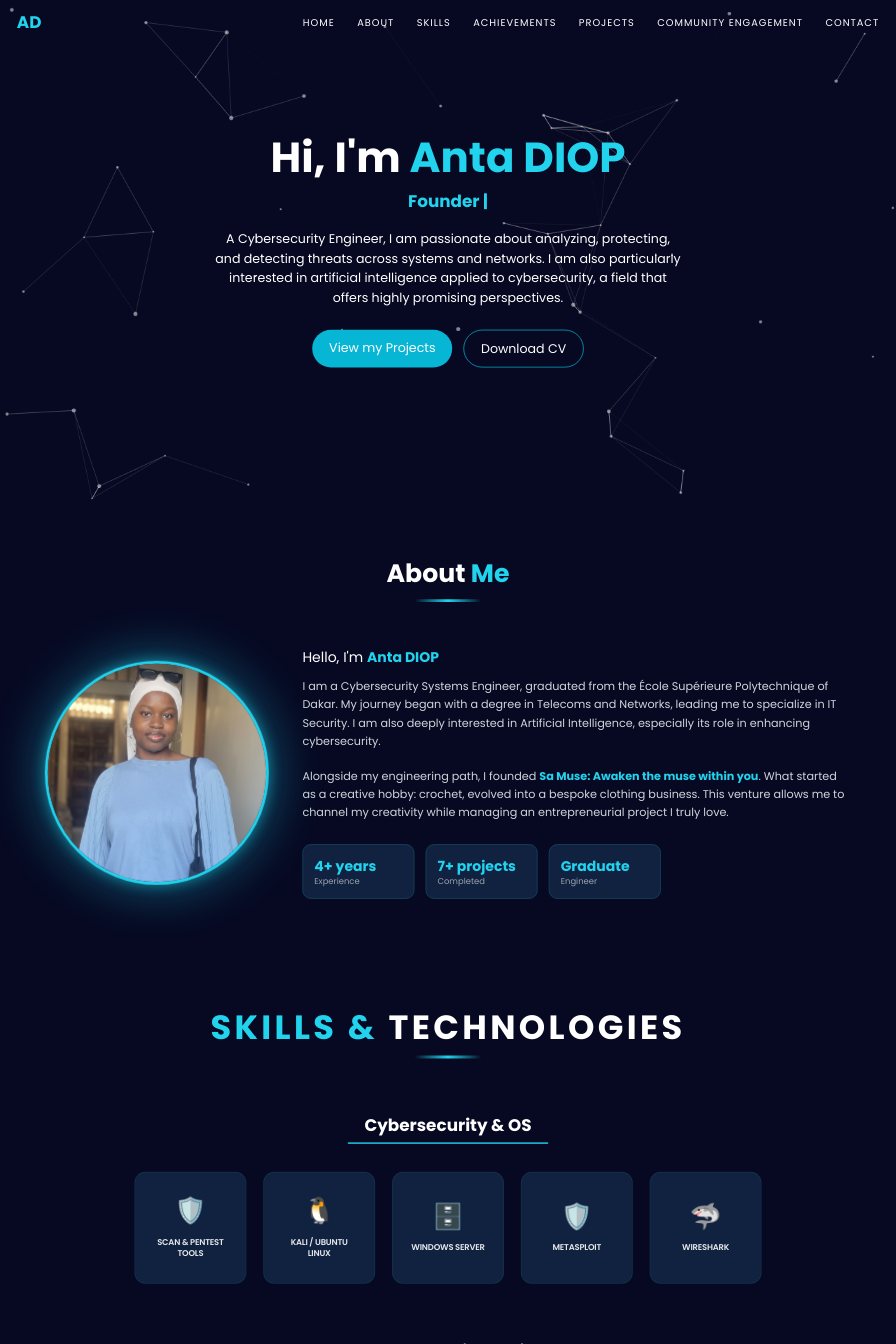
Repository: AntaaaKD/Mon-Portfolio
Page: /
The author's editor kept a copy of each file at every save. The page is drawn from the files as they stood at one save, then again after the next save.
The browser window is 1280 px wide. The pictures show the part of the page from y = 0 to 1920 px (the page is 8584 px tall), at 70% of full size.
The project was rebuilt for these pictures with package versions that can differ from the ones it lists, and the page was loaded fresh each time.

Above is the page before, as saved 2026-01-15 13:16:35.

### public/index.html
<!DOCTYPE html>
<html lang="en">
  <link href="https://fonts.googleapis.com/css2?family=Poppins:wght@400;600;700&display=swap" rel="stylesheet">
  <head>
    <meta charset="utf-8" />
    <link rel="icon" href="%PUBLIC_URL%/favicon.ico" />
    <meta name="viewport" content="width=device-width, initial-scale=1" />
    <meta name="theme-color" content="#000000" />
    <meta
      name="description"
      content="Web site created using create-react-app"
    />
    <link rel="apple-touch-icon" href="%PUBLIC_URL%/logo192.png" />
    <!--
      manifest.json provides metadata used when your web app is installed on a
      user's mobile device or desktop. See https://developers.google.com/web/fundamentals/web-app-manifest/
    -->
    <link rel="manifest" href="%PUBLIC_URL%/manifest.json" />
    <!--
      Notice the use of %PUBLIC_URL% in the tags above.
      It will be replaced with the URL of the `public` folder during the build.
      Only files inside the `public` folder can be referenced from the HTML.

      Unlike "/favicon.ico" or "favicon.ico", "%PUBLIC_URL%/favicon.ico" will
      work correctly both with client-side routing and a non-root public URL.
      Learn how to configure a non-root public URL by running `npm run build`.
    -->
    <title>React App</title>
  </head>
  <body>
    <noscript>You need to enable JavaScript to run this app.</noscript>
    <div id="root"></div>
    <!--
      This HTML file is a template.
      If you open it directly in the browser, you will see an empty page.

      You can add webfonts, meta tags, or analytics to this file.
      The build step will place the bundled scripts into the <body> tag.

      To begin the development, run `npm start` or `yarn start`.
      To create a production bundle, use `npm run build` or `yarn build`.
    -->
  </body>
</html>

### src/index.css
@tailwind base;
@tailwind components;
@tailwind utilities;

body {
  margin: 0;
  font-family: 'Poppins', sans-serif;
  -webkit-font-smoothing: antialiased;
  -moz-osx-font-smoothing: grayscale;
}

code {
  font-family: source-code-pro, Menlo, Monaco, Consolas, 'Courier New',
    monospace;
}

### src/App.js
import React from 'react';
import Navbar from './components/Navbar';
import Home from './components/Home';
import About from './components/About';
import Skills from './components/Skills';
import Achievements from './components/Achievements';
import Projects from './components/Projects';
import Community from './components/Community';
import Contact from './components/Contact';
import ParticlesBackground from './components/ParticlesBackground';

function App() {
  return (
    <div className="relative bg-[#070922] min-h-screen text-white overflow-x-hidden">
      {/* 1. Fond de particules */}
      <ParticlesBackground />

      {/* 2. Contenu principal avec un z-index pour être au-dessus des particules */}
      <div className="relative z-10">
        <Navbar />
        <main>
          <Home />
          <About />
          <Skills />
          <Achievements />
          <Projects />
          <Community />
          <Contact />
        </main>
      </div> {/* <-- Cette balise fermait mal avant */}
    </div>
  );
}

export default App;

### src/components/Navbar.jsx
import React, { useState, useEffect } from 'react';
import { Menu, X } from 'lucide-react';

const Navbar = () => {
  const [isScrolled, setIsScrolled] = useState(false);
  const [isOpen, setIsOpen] = useState(false);

  // Détecter le défilement pour changer l'apparence
  useEffect(() => {
    const handleScroll = () => {
      if (window.scrollY > 100) {
        setIsScrolled(true);
      } else {
        setIsScrolled(false);
      }
    };
    window.addEventListener('scroll', handleScroll);
    return () => window.removeEventListener('scroll', handleScroll);
  }, []);

  const navLinks = [
    { name: "Home", href: "#home" },
    { name: "About", href: "#about" },
    { name: "Skills", href: "#skills" },
    { name: "Achievements", href: "#achievements" },
    { name: "Projects", href: "#projects" },
    { name: "Community Engagement", href: "#community" },
    { name: "Contact", href: "#contact" },
  ];

  return (
    <>
      {/* 1. NAVBAR CLASSIQUE (Visible en haut de page) */}
      <nav className={`fixed top-0 w-full z-50 transition-all duration-500 px-6 py-4 ${
        isScrolled ? 'opacity-0 -translate-y-full pointer-events-none' : 'opacity-100 translate-y-0 bg-transparent'
      }`}>
        <div className="max-w-7xl mx-auto flex justify-between items-center">
          <div className="text-2xl font-black text-cyan-400">AD</div>
          <div className="hidden md:flex gap-8">
            {navLinks.map((link) => (
              <a key={link.name} href={link.href} className="text-sm font-medium hover:text-cyan-400 transition-colors uppercase tracking-widest">
                {link.name}
              </a>
            ))}
          </div>
        </div>
      </nav>

      {/* 2. ICONE MENU FLOTTANT (Apparaît au scroll) */}
      <div className={`fixed top-6 right-6 z-[60] transition-all duration-500 ${
        isScrolled ? 'scale-100 opacity-100' : 'scale-0 opacity-0'
      }`}>
        <button
          onClick={() => setIsOpen(!isOpen)}
          className="w-14 h-14 bg-cyan-500 text-[#0a192f] rounded-full flex items-center justify-center shadow-[0_0_20px_rgba(34,211,238,0.5)] hover:bg-white transition-all active:scale-90"
        >
          {isOpen ? <X size={28} /> : <Menu size={28} />}
        </button>
      </div>

      {/* 3. MENU OVERLAY (Plein écran quand on clique sur l'icône) */}
      <div className={`fixed inset-0 z-[55] bg-[#0a192f]/fb backdrop-blur-xl transition-all duration-500 ${
        isOpen ? 'translate-x-0' : 'translate-x-full'
      }`}>
        <div className="h-full flex flex-col items-center justify-center gap-8">
          {navLinks.map((link) => (
            <a
              key={link.name}
              href={link.href}
              onClick={() => setIsOpen(false)}
              className="text-3xl font-bold text-white hover:text-cyan-400 transition-colors uppercase tracking-tighter"
            >
              {link.name}
            </a>
          ))}
        </div>
      </div>
    </>
  );
};

export default Navbar;

### src/components/Home.jsx
import React, { useEffect, useRef } from 'react';
import Typed from 'typed.js';

const Home = () => {
  // Création d'une référence pour l'élément qui accueillera l'animation
  const el = useRef(null);

  useEffect(() => {
    const typed = new Typed(el.current, {
      strings: [
        "Cybersecurity Engineer",
        "Founder of Sa Muse",
      ],
      typeSpeed: 100,
      backSpeed: 90,
      loop: true,
    });

    // Nettoyage de l'animation pour éviter les bugs de mémoire
    return () => {
      typed.destroy();
    };
  }, []);

  return (
    <section id="home" className="flex flex-col items-center justify-center h-screen text-center px-4">
      <h1 className="text-6xl font-bold mb-4">
        Hi, I'm <span className="text-cyan-400">Anta DIOP</span>
      </h1>

      {/* On applique la ref ici pour l'animation */}
      <h2 className="text-2xl font-bold text-cyan-400 mb-6 h-8">
        <span ref={el}></span>
      </h2>

      <p className="text-lg mb-8 max-w-2xl">
        A Cybersecurity Engineer, I am passionate about analyzing, protecting, and detecting threats across systems and networks.
        I am also particularly interested in artificial intelligence applied to cybersecurity, a field that offers highly promising perspectives.
      </p>

      <div className="flex space-x-4">
        <a href="#projects" className="bg-cyan-500 text-lg px-6 py-3 rounded-full hover:bg-cyan-600 transition">
            View my Projects
        </a>
        <a href="/cv.pdf" download className="px-6 py-3 rounded-full border border-cyan-500 text-lg hover:bg-cyan-500 hover:text-custom-blue transition">
            Download CV
        </a>
      </div>
    </section>
  );
};

export default Home;

### src/components/About.jsx
import React from 'react';

const About = () => {
  return (
    <section id="about" className="py-20 px-4 bg-transparent text-white">
      <div className="max-w-6xl mx-auto">
        {/* Titre de la section */}
        <h2 className="text-4xl font-bold text-center mb-16">
          About <span className="text-cyan-400">Me</span>
          <div className="h-1 w-24 bg-gradient-to-r from-transparent via-cyan-400 to-transparent mx-auto mt-4 rounded-full"></div>
        </h2>


        <div className="flex flex-col md:flex-row items-center justify-between gap-12">

          {/* Colonne Image avec l'effet de halo bleu */}
          <div className="relative w-64 h-64 md:w-80 md:h-80">
            <div className="absolute inset-0 rounded-full bg-cyan-400 opacity-20 blur-2xl animate-pulse"></div>
            <div className="relative w-full h-full rounded-full border-4 border-cyan-400 overflow-hidden shadow-[0_0_20px_rgba(34,211,238,0.5)]">
              <img
                src="/image1.png"
                alt="Anta DIOP"
                className="w-full h-full object-cover"
              />
            </div>
          </div>

          {/* Colonne Texte */}
          <div className="flex-1 text-center md:text-left">
            <h3 className="text-xl mb-4">
              Hello, I'm <span className="text-cyan-400 font-bold">Anta DIOP</span>
            </h3>
            <p className="text-gray-300 mb-6 leading-relaxed">
              I am a Cybersecurity Systems Engineer, graduated from the École Supérieure Polytechnique of Dakar.
              My journey began with a degree in Telecoms and Networks, leading me to specialize in IT Security.
              I am also deeply interested in Artificial Intelligence, especially its role in enhancing cybersecurity.
            </p>
            <p className="text-gray-300 mb-8 leading-relaxed">
              Alongside my engineering path, I founded <span className="text-cyan-400 font-bold"> Sa Muse: Awaken the muse within you</span>.
              What started as a creative hobby: crochet, evolved into a bespoke clothing business. This venture allows me to channel my creativity while managing an entrepreneurial project I truly love.
            </p>

            {/* Cartes de statistiques (comme sur le modèle) */}
            <div className="flex flex-wrap justify-center md:justify-start gap-4">
              <div className="bg-[#112240] p-4 rounded-xl border border-cyan-900 w-40">
                <p className="text-cyan-400 font-bold text-xl">4+ years</p>
                <p className="text-xs text-gray-400">Experience</p>
              </div>
              <div className="bg-[#112240] p-4 rounded-xl border border-cyan-900 w-40">
                <p className="text-cyan-400 font-bold text-xl">7+ projects</p>
                <p className="text-xs text-gray-400">Completed</p>
              </div>
              <div className="bg-[#112240] p-4 rounded-xl border border-cyan-900 w-40">
                <p className="text-cyan-400 font-bold text-xl">Graduate</p>
                <p className="text-xs text-gray-400">Engineer</p>
              </div>
            </div>
          </div>

        </div>
      </div>
    </section>
  );
};

export default About;

### src/components/Skills.jsx
import React from 'react';

const Skills = () => {
  const skillCategories = [
    {
      domain: "Cybersecurity & OS",
      tools: [
        { name: 'Scan & Pentest Tools', icon: '🛡️' },
        { name: 'Kali / Ubuntu Linux', icon: '🐧' },
        { name: 'Windows Server', icon: '🗄️' },
        { name: 'Metasploit', icon: '🛡️' },
        { name: 'Wireshark', icon: '🦈' }
      ]
    },
    {
      domain: "Networks & Simulation",
      tools: [
        { name: 'VLAN Deployment', icon: '🔌' },
        { name: 'DHCP / DNS / SSH', icon: '🌐' },
        { name: 'Cisco Packet Tracer', icon: '📡' },
        { name: 'GNS3', icon: '🛰️' }
      ]
    },
    {
      domain: "Programming & Web Development",
      tools: [
        { name: 'Python', icon: '🐍' },
        { name: 'JavaScript', icon: '📜' },
        { name: 'React', icon: '⚛️' },
        { name: 'HTML5 / CSS3', icon: '💻' },
        { name: 'Low Code / No Code', icon: '⚙️' },
      ]
    },
    {
      domain: "Data & Infrastructure",
      tools: [
        { name: 'Machine Learning', icon: '🧠' },
        { name: 'SQL', icon: '📊' },
        { name: 'Docker', icon: '🐳' },
        { name: 'VMware / Virtualbox', icon: '🖥️' },
        { name: 'GitHub', icon: '🐙' }
      ]
    }
  ];

  return (
    <section id="skills" className="py-20 bg-transparent text-white">
      <div className="max-w-6xl mx-auto px-4">
        <h2 className="text-5xl font-bold text-center mb-20 text-cyan-400 uppercase tracking-widest">
          Skills & <span className="text-white">Technologies</span>
          <div className="h-1 w-24 bg-gradient-to-r from-transparent via-cyan-400 to-transparent mx-auto mt-4 rounded-full"></div>
        </h2>

        <div className="space-y-20">
          {skillCategories.map((category, idx) => (
            <div key={idx} className="flex flex-col items-center">
              {/* Titre du domaine bien centré */}
              <h3 className="text-2xl font-bold mb-10 text-white border-b-2 border-cyan-400 pb-2 px-6">
                {category.domain}
              </h3>

              {/* Grille des outils centrée */}
              <div className="flex flex-wrap justify-center gap-6 w-full">
                {category.tools.map((tool, index) => (
                  <div
                    key={index}
                    className="bg-[#112240] p-6 rounded-2xl border border-cyan-900/40 flex flex-col items-center justify-center w-40 h-40 transition-all duration-300 hover:border-cyan-400 hover:-translate-y-2 hover:shadow-[0_0_20px_rgba(34,211,238,0.15)] group"
                  >
                    <div className="text-4xl mb-4 group-hover:scale-110 transition-transform">
                      {tool.icon}
                    </div>
                    <h4 className="text-xs font-semibold text-gray-200 text-center uppercase tracking-tight">
                      {tool.name}
                    </h4>
                  </div>
                ))}
              </div>
            </div>
          ))}
        </div>
      </div>
    </section>
  );
};

export default Skills;

### src/components/Community.jsx
import React from 'react';
import { Users, Globe, ShieldCheck, Heart } from 'lucide-react';

const Community = () => {
  const experiences = [
    {
      organization: "WiMLDS Dakar",
      role: "Secretary General",
      icon: <Users className="text-pink-400" />,
      description: "Community dedicated to supporting women in Machine Learning and Data Science. I oversee administration and ensure the smooth execution of all community activities and initiatives.",
      tags: ["Leadership", "Gender Diversity", "AI"]
    },
    {
      organization: "Cyber221",
      role: "Digital Ambassador",
      icon: <ShieldCheck className="text-cyan-400" />,
      description: "Promoting cybersecurity culture and digital education in Senegal. Focused on online safety for children and fostering responsible digital behavior among citizens.",
      tags: ["Cyber Awareness", "Education", "Digital Safety"]
    },
    {
      organization: "Galsen AI",
      role: "MeetUp & Program Organizer",
      icon: <Globe className="text-blue-400" />,
      description: "Coordinating workshops and conferences focused on AI, Big Data, and IoT. Managing logistics and collaborating with speakers to enrich the tech ecosystem in Senegal.",
      tags: ["Event Planning", "AI Outreach", "Networking"]
    },
    {
      organization: "Association Xeweul bi",
      role: "Active Member",
      icon: <Heart className="text-red-400" />,
      description: "Providing holistic support to homeless and underprivileged individuals. Working to restore dignity and social integration through essential needs assistance.",
      tags: ["Social Impact", "Volunteerism", "Community"]
    }
  ];

  return (
    <section id="community" className="w-full py-24 bg-transparent text-white">
      <div className="max-w-6xl mx-auto px-4">

        <div className="text-center mb-16">
          <h2 className="text-5xl font-extrabold text-cyan-400  tracking-tighter">
            Community  <span className="text-white">Engagement</span>

          <div className="h-1 w-24 bg-gradient-to-r from-transparent via-cyan-400 to-transparent mx-auto mt-4 rounded-full"></div>
          </h2>
          <p className="text-gray-400 mt-4 italic">Active involvement in promoting technology, cybersecurity, and social impact within the Senegalese ecosystem.</p>
        </div>


        <div className="grid grid-cols-1 md:grid-cols-2 gap-8">
          {experiences.map((exp, index) => (
            <div
              key={index}
              className="bg-[#112240] p-8 rounded-2xl border border-cyan-900/30 hover:border-cyan-400/50 transition-all duration-300 shadow-xl group"
            >
              <div className="flex items-start gap-6">
                <div className="p-4 bg-[#0a192f] rounded-xl group-hover:scale-110 transition-transform shadow-inner">
                  {exp.icon}
                </div>

                <div className="flex-1">
                  <h3 className="text-2xl font-bold text-white group-hover:text-cyan-400 transition-colors">
                    {exp.organization}
                  </h3>
                  <h4 className="text-cyan-500 font-medium mb-4 italic">
                    {exp.role}
                  </h4>
                  <p className="text-gray-400 text-sm leading-relaxed mb-6">
                    {exp.description}
                  </p>

                  <div className="flex flex-wrap gap-2">
                    {exp.tags.map((tag, i) => (
                      <span key={i} className="text-[10px] font-mono text-cyan-300 bg-cyan-900/20 border border-cyan-800 px-2 py-1 rounded">
                        {tag}
                      </span>
                    ))}
                  </div>
                </div>
              </div>
            </div>
          ))}
        </div>
      </div>
    </section>
  );
};

export default Community;

### src/components/Contact.jsx
import React from 'react';
import { Mail, Linkedin, Github, ExternalLink } from 'lucide-react';

const Contact = () => {
  const contactLinks = [
    {
      name: "Email",
      value: "Soxna Anta",
      icon: <Mail size={28} />,
      link: "mailto:soxnaanta844@gmail.com",
      color: "hover:text-red-400"
    },
    {
      name: "LinkedIn",
      value: "Anta DIOP",
      icon: <Linkedin size={28} />,
      link: "https://www.linkedin.com/in/anta-diop-2332092a1/",
      color: "hover:text-blue-400"
    },
    {
      name: "GitHub",
      value: "AntaaaKD",
      icon: <Github size={28} />,
      link: "https://github.com/AntaaaKD",
      color: "hover:text-gray-400"
    }
  ];

  return (
    <section id="contact" className="w-full py-24 bg-transparent text-white">
      <div className="max-w-4xl mx-auto px-4 text-center">
        <h2 className="text-5xl font-extrabold text-cyan-400 mb-6 tracking-tighter">
          Let's <span className="text-white">Connect</span>
        </h2>

        <p className="text-gray-400 mb-16 max-w-2xl mx-auto text-lg">
          I'm always open to discussing <span className="text-cyan-400">Cybersecurity</span> research,
          AI projects, or professional opportunities.
        </p>

        <div className="grid grid-cols-1 md:grid-cols-3 gap-8">
          {contactLinks.map((contact, index) => (
            <a
              key={index}
              href={contact.link}
              target="_blank"
              rel="noopener noreferrer"
              className={`bg-[#112240] p-10 rounded-3xl border border-cyan-900/30 transition-all duration-300 group shadow-xl flex flex-col items-center hover:border-cyan-400/50 hover:-translate-y-3`}
            >
              {/* Icône avec cercle de fond */}
              <div className="w-16 h-16 bg-[#0a192f] rounded-2xl flex items-center justify-center mb-6 text-cyan-400 group-hover:scale-110 group-hover:bg-cyan-400 group-hover:text-[#0a192f] transition-all duration-300 shadow-inner">
                {contact.icon}
              </div>

              <h3 className="text-xl font-bold mb-2 text-white">{contact.name}</h3>
              <p className="text-gray-400 text-sm mb-4 break-all">{contact.value}</p>

              {/* Petit indicateur d'action */}
              <div className="flex items-center text-xs font-bold text-cyan-500 uppercase tracking-widest opacity-0 group-hover:opacity-100 transition-opacity">
                <span>Contact Me</span>
                <ExternalLink size={12} className="ml-2" />
              </div>
            </a>
          ))}
        </div>

        {/* Footer simple */}
        <div className="mt-32 pt-10 border-t border-cyan-900/20 text-gray-500 text-sm">
          <p>© {2025} — Made with love by Anta DIOP❤️</p>
          <p>Well, there you have it, now you know everything about me... 😎✌🏽️😂</p>
        </div>
      </div>
    </section>
  );
};

export default Contact;

### src/components/ParticlesBackground.jsx
import { useEffect, useState } from "react";
import Particles, { initParticlesEngine } from "@tsparticles/react";
import { loadSlim } from "@tsparticles/slim";

const ParticlesBackground = () => {
    const [init, setInit] = useState(false);

    useEffect(() => {
        initParticlesEngine(async (engine) => {
            await loadSlim(engine);
        }).then(() => {
            setInit(true);
        });
    }, []);

    const options = {
        fullScreen: {
            enable: true,
            zIndex: 0 // On le met à 0 pour qu'il soit juste au dessus du fond bleu
        },
        fpsLimit: 120,
        interactivity: {
            events: {
                onHover: {
                    enable: true,
                    mode: "grab",
                },
            },
            modes: {
                grab: {
                    distance: 200,
                    links: { opacity: 0.5 }
                },
            },
        },
        particles: {
            color: { value: "#ffffff" }, // BLANC pour le test
            links: {
                color: "#ffffff",
                distance: 150,
                enable: true,
                opacity: 0.4,
                width: 1,
            },
            move: {
                enable: true,
                speed: 2,
                direction: "none",
                outModes: { default: "out" },
            },
            number: {
                density: { enable: true, area: 800 },
                value: 100,
            },
            opacity: { value: 0.5 },
            shape: { type: "circle" },
            size: { value: { min: 1, max: 3 } },
        },
        detectRetina: true,
    };

    if (init) {
        return <Particles id="tsparticles" options={options} />;
    }

    return null;
};

export default ParticlesBackground;

Loaded but not shown: src/index.js (common file); src/reportWebVitals.js (common file); tailwind.config.js (15 lines, source omitted); src/components/Projects.jsx (110 lines, source omitted); src/components/Achievements.jsx (104 lines, source omitted)

After the next save:
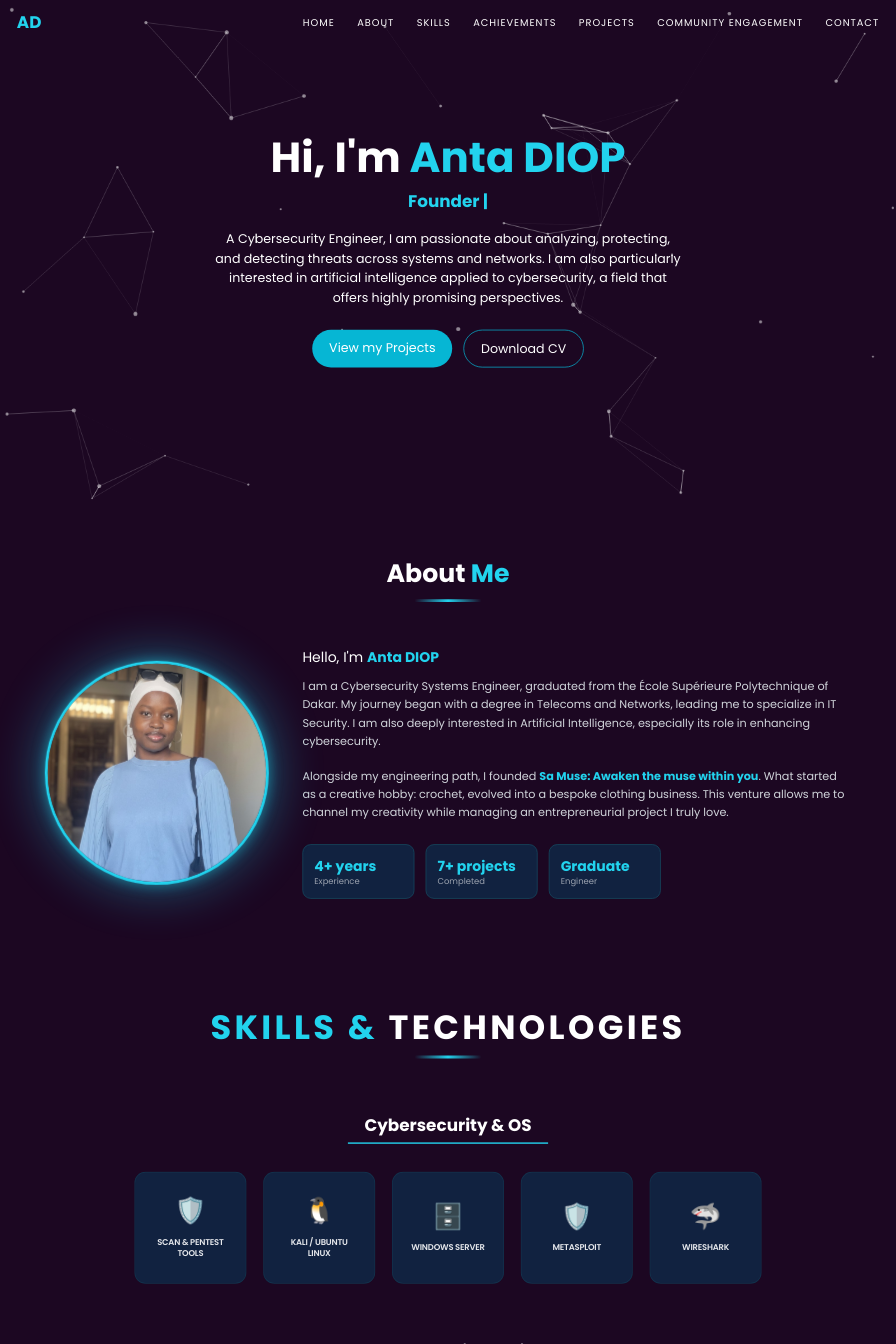
Saved 11 s later.
--- a/src/App.js
+++ b/src/App.js
@@ -11,7 +11,7 @@ import ParticlesBackground from './components/ParticlesBackground';
 
 function App() {
   return (
-    <div className="relative bg-[#070922] min-h-screen text-white overflow-x-hidden">
+    <div className="relative bg-[#1c0722] min-h-screen text-white overflow-x-hidden">
       {/* 1. Fond de particules */}
       <ParticlesBackground />
 
